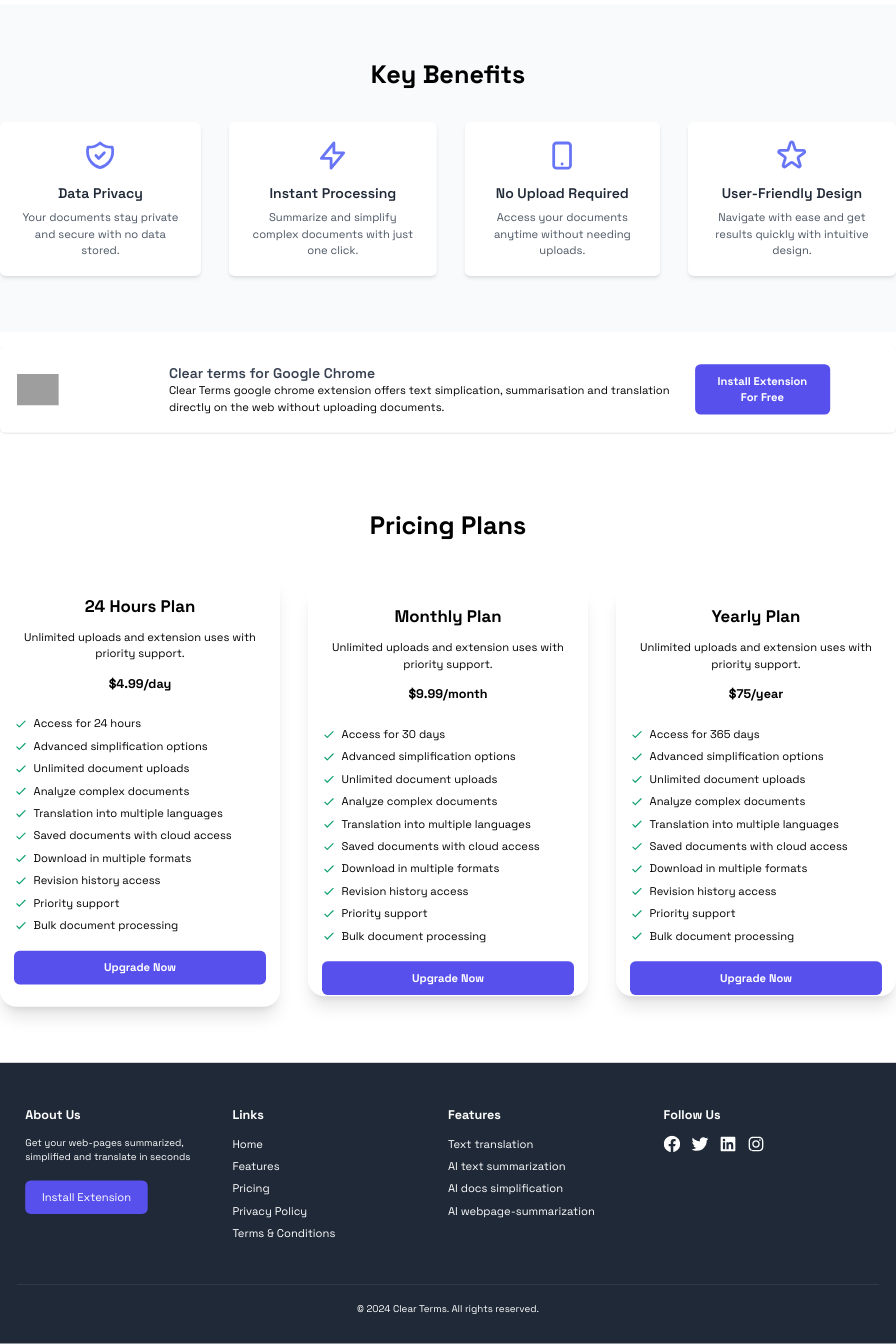
Repository: sabeelyousaf/clearterms
Page: /
These files come from the project's save history. The page is drawn as it stood at one moment and after the next save; the edit follows.
The browser window is 1280 px wide. The pictures show the part of the page from y = 1185 to 3105 px (the page is 3105 px tall), at 70% of full size.
Pictures or frames that could not be fetched are drawn as grey boxes. The page's requests for data from a server got no answer. The project was rebuilt for these pictures with package versions that can differ from the ones it lists, and the page was loaded fresh each time. The framework's server and built-in components were replaced by stand-ins that run in the browser. No one was signed in, and anything a server would have sent is missing. Also part of the build but not shown: next.config.js, src/app/api/routes.jsx, src/app/components/contact/page.jsx.

Above is the page before, as saved 2024-12-07 13:57:32.

After the next save:
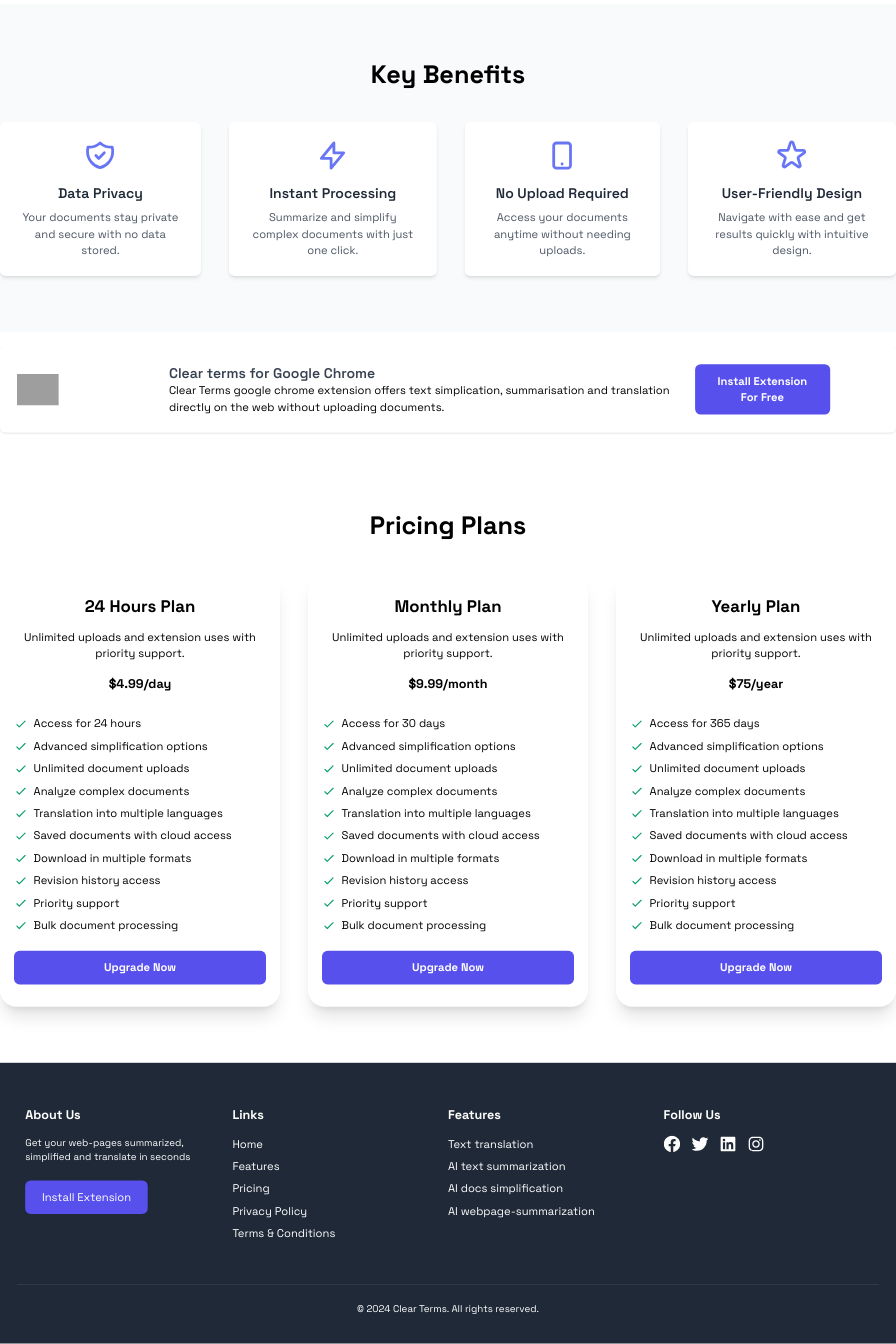
Saved 17 s later.
--- a/src/app/components/Pricing.jsx
+++ b/src/app/components/Pricing.jsx
@@ -91,7 +91,7 @@
                     </motion.div>
                     {/* Monthly */}
                     <motion.div
-                        className="bg-white max-w-[400px] md:h-[590px] px-5 py-8 rounded-3xl shadow-xl transition-transform transform hover:scale-105"
+                        className="bg-white max-w-[400px] md:h-auto px-5 py-8 rounded-3xl shadow-xl transition-transform transform hover:scale-105"
                         whileHover={{ scale: 1.05 }}
                     >
                         <div className='flex flex-col justify-between h-full'>
@@ -121,7 +121,7 @@
                     </motion.div>
                     {/* Yearly */}
                     <motion.div
-                        className="bg-white max-w-[400px] md:h-[590px] px-5 py-8 rounded-3xl shadow-xl transition-transform transform hover:scale-105"
+                        className="bg-white max-w-[400px] md:h-auto px-5 py-8 rounded-3xl shadow-xl transition-transform transform hover:scale-105"
                         whileHover={{ scale: 1.05 }}
                     >
                         <div className='flex flex-col justify-between h-full'>
